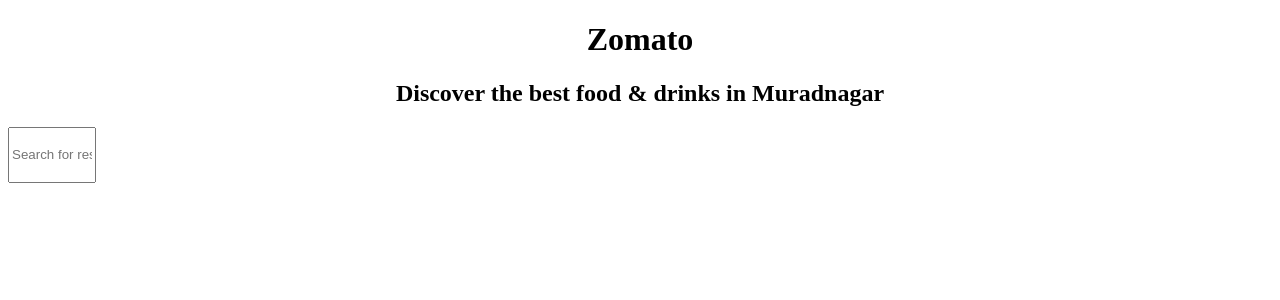
Repository: nepali2385/FUll-stack-practice
Page: Zomato/zomato.html
An editor plug-in stored every save of this project. The page is shown before and after the next save, followed by the edit.
The browser window is 1280 px wide. The pictures show the whole page.

Above is the page before, as saved 2024-08-27 16:54:20.

After the next save:
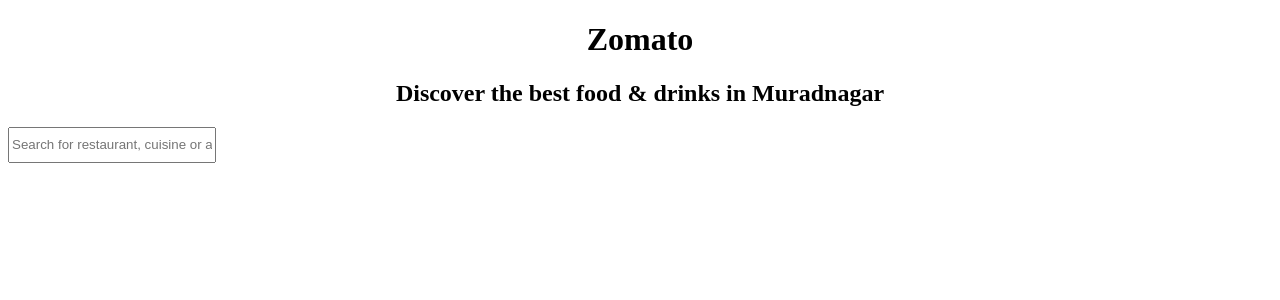
Saved 28 s later.
--- a/Zomato/zomato.css
+++ b/Zomato/zomato.css
@@ -1,4 +1,4 @@
 .search{
-    height:50px;
-    width:80px;
+    height:30px;
+    width:200px;
 }
